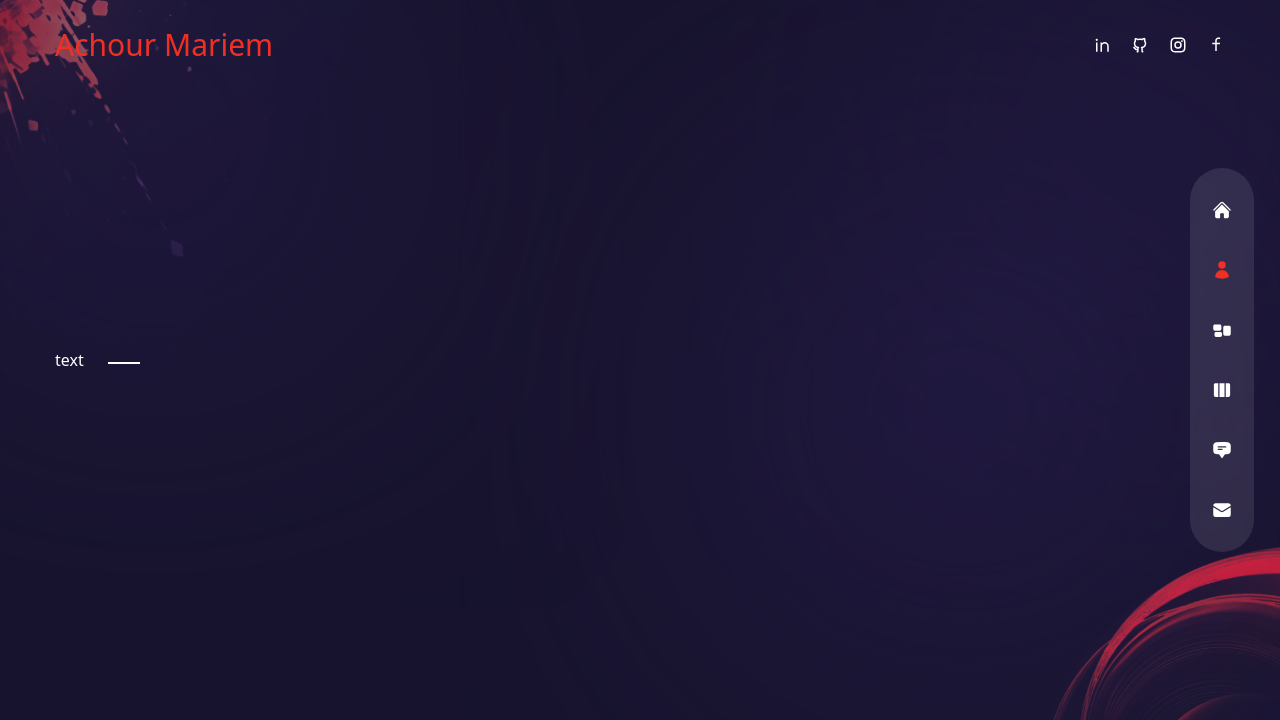
Repository: AchourMaryem/My-personal-portfolio
Page: /about
These files come from the project's save history. The page is drawn as it stood at one moment and after a run of saves; the edit follows.
The browser window is 1280 px wide. The pictures show the whole page.
The project was rebuilt for these pictures with package versions that can differ from the ones it lists, and the page was loaded fresh each time. The framework's server and built-in components were replaced by stand-ins that run in the browser. Also part of the build but not shown: next.config.js.

Above is the page before, as saved 2023-09-22 01:39:59.

After the next 5 saves:
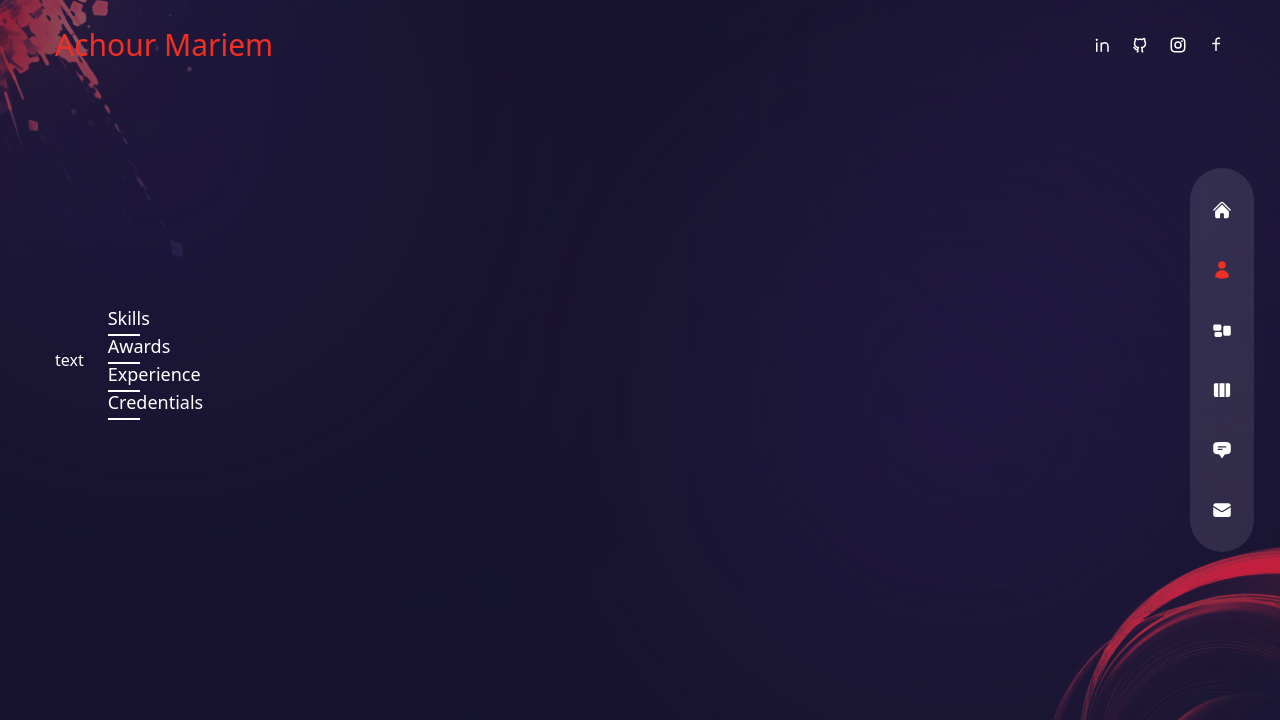
The 5 saves are shown as one change because 1 did not build or start and some came seconds apart.
The last was saved 19 s later.
--- a/pages/about/index.js
+++ b/pages/about/index.js
@@ -114,7 +114,8 @@ const About = () => {
         <div>
           {aboutData.map((item, itemIndex)=>{
             return <div key={itemIndex} className='cursor-pointer capitalize xl:text-lg relative after:w-8 after:h-[2px]
-            after:bg-white after:absolute after:-bottom-1 after:left-0'></div>
+            after:bg-white after:absolute after:-bottom-1 after:left-0'>{item.title}
+            </div>
           })}
         </div>
       </div>
